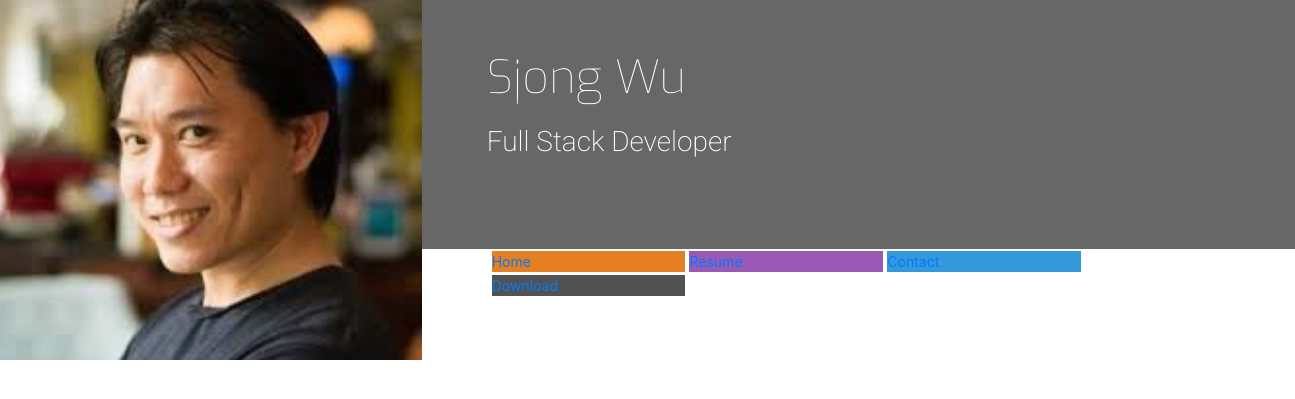
Repository: Scuzeme/codeinstitue-resume-project
Page: index.html
The author's editor kept a record of every edit. The page is drawn from the files as they stood at one moment, then again after the next edit.
The browser window is 1280 px wide. The page is 1295 px wide, so the pictures cover 1295 px, including what lies to the right of the window. The pictures show the whole page.

Above is the page before.

After the next edit:
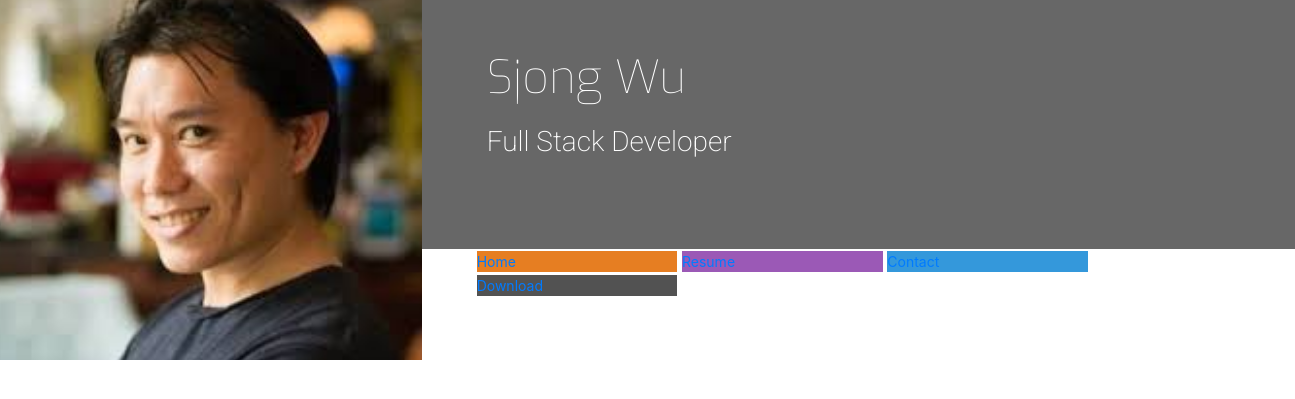
The edit:
--- a/index.html
+++ b/index.html
@@ -23,21 +23,21 @@
                         <h1 class="name">Sjong Wu</h1>
                         <h2 class="title">Full Stack Developer</h2>
                     </div>
-                </div
-            <div class="row">
-                <div class="col">
-                    <ul id="nav" class"list-inline menucontainer">
-                        <li class="col-6 col-sm-3 ui-menu-color-home list-inline-item">
-                      <a href="#"><span>Home</span></a></li>
-                        <li class="col-6 col-sm-3 ui-menu-color-resume list-inline-item">
-                      <a href="#"><span>Resume</span></a></li>
-                        <li class="col-6 col-sm-3 ui-menu-color-contact list-inline-item">
-                      <a href="#"><span>Contact</span></a></li>
-                         <li class="col-6 col-sm-3 ui-menu-color-download list-inline-item">
-                      <a href="#"><span>Download</span></a></li>
-                    </ul>
                 </div>
-            </div>
+                <div class="row">
+                    <div class="col">
+                        <ul id="nav" class"list-inline menucontainer">
+                            <li class="col-6 col-sm-3 ui-menu-color-home list-inline-item">
+                              <a href="#"><span>Home</span></a></li>
+                            <li class="col-6 col-sm-3 ui-menu-color-resume list-inline-item">
+                              <a href="#"><span>Resume</span></a></li>
+                            <li class="col-6 col-sm-3 ui-menu-color-contact list-inline-item">
+                              <a href="#"><span>Contact</span></a></li>
+                            <li class="col-6 col-sm-3 ui-menu-color-download list-inline-item">
+                              <a href="#"><span>Download</span></a></li>
+                        </ul>
+                    </div>
+                </div>
             </div>
         </div>
 
